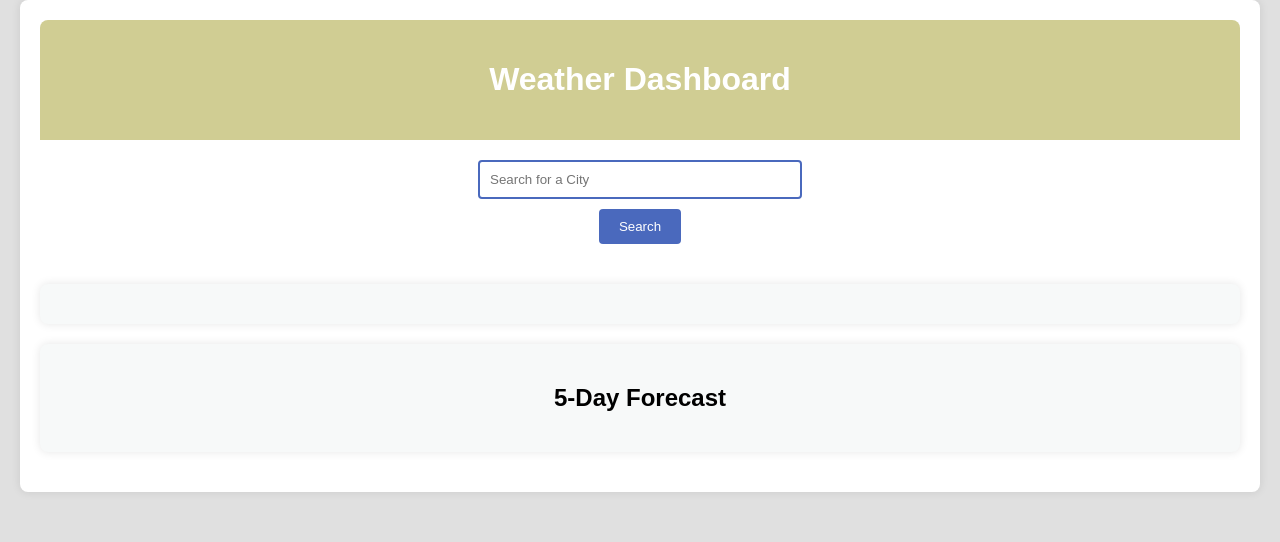
Repository: PaigeC001/WeatherOutlookTracker
Page: WeatherOutlookTracker/index.html
These files come from the project's save history. The page is drawn as it stood at one moment and after the next save; the edit follows.
The browser window is 1280 px wide. The pictures show the whole page.

Above is the page before, as saved 2024-07-16 06:34:19.

### WeatherOutlookTracker/index.html
<!DOCTYPE html>
<html lang="en">
<head>
    <meta charset="UTF-8">
    <meta name="viewport" content="width=device-width, initial-scale=1.0">
    <title>Weather Dashboard</title>
    <link rel="stylesheet" href="styles.css">
</head>
<body>
    <div class="container">
        <!-- Added header section -->
        <header>
            <h1>Weather Dashboard</h1>
        </header>
        <main>
            <section class="search-section">
                <input type="text" id="city-input" placeholder="Search for a City">
                <button id="search-button">Search</button>
                <div id="search-history" class="search-history"></div>
            </section>
            <!-- Used sections with IDs for current weather and forecast -->
            <section id="current-weather" class="current-weather"></section>
            <section id="forecast" class="forecast">
                <h2>5-Day Forecast</h2>
                <div id="forecast-items" class="forecast-items"></div>

                <script src="script.js"></script>
</body>
</html>

### WeatherOutlookTracker/styles.css
body {
    font-family: Arial, sans-serif;
    background: #e0e0e0;
    margin: 0;
    padding: 0;
    box-sizing: border-box;
}

.container {
    max-width: 1200px;
    margin: 0 auto;
    padding: 20px;
    background: white;
    border-radius: 8px; /* Added border-radius */
    box-shadow: 0 0 10px rgba(0, 0, 0, 0.1);
}

header { /* Updated color scheme */
    text-align: center;
    background: #d0cd93;
    color: white;
    padding: 20px;
    border-radius: 8px 8px 0 0;
}

.search-section {
    display: flex;
    flex-direction: column;
    align-items: center;
    margin: 20px 0;
}

#city-input {
    width: 300px;
    padding: 10px;
    margin-bottom: 10px;
    border: 2px solid #4a69bd;
    border-radius: 4px; /* Added border-radius */
}

#search-button {
    padding: 10px 20px;
    background: #4a69bd;
    color: white;
    border: none;
    border-radius: 4px; /* Added border-radius */
    cursor: pointer;
}

#search-button:hover {
    background: #3b55a0;
}

.search-history {
    display: flex;
    flex-direction: column;
    align-items: center;
    margin-top: 20px;
}

.search-history button {
    width: 300px;
    padding: 10px;
    margin: 5px 0;
    background: #82ccdd;
    color: white;
    border: none;
    border-radius: 4px; /* Added border-radius */
    cursor: pointer;
}

.search-history button:hover {
    background: #60a3bc;
}

.current-weather, .forecast {
    margin: 20px 0;
    padding: 20px;
    background: #f7f9f9;
    border-radius: 8px; /* Added border-radius */
    box-shadow: 0 0 10px rgba(0, 0, 0, 0.1);
}

.current-weather h2 {
    margin: 0;
    padding-bottom: 10px;
    border-bottom: 2px solid #4a69bd;
}

.current-weather img {
    vertical-align: middle;
}

.forecast h2 {
    text-align: center;
    margin-bottom: 20px;
}

.forecast-items {
    display: flex;
    justify-content: space-between; /* Centered text and aligned forecast items in a flex container */
}

.forecast-item {
    flex: 1;
    padding: 10px;
    margin: 0 10px;
    background: #ffffff;
    border-radius: 8px; /* Added border-radius */
    text-align: center;
    box-shadow: 0 0 5px rgba(0, 0, 0, 0.1);
}

.forecast-item img {
    vertical-align: middle;
}

### WeatherOutlookTracker/script.js
const apiKey = 'fe4d8bc132a06db690ae7d80bd8988ae';

const searchButton = document.getElementById('search-button');
const cityInput = document.getElementById('city-input');
const currentWeather = document.getElementById('current-weather');
const forecastItems = document.getElementById('forecast-items');
const searchHistory = document.getElementById('search-history');

let cities = [];

searchButton.addEventListener('click', () => {
    const city = cityInput.value.trim();
    if (city && !cities.includes(city)) {
        cities.push(city);
        updateSearchHistory();
        getWeather(city);
    }
});

searchHistory.addEventListener('click', (event) => {
    if (event.target.tagName === 'BUTTON') {
        const city = event.target.textContent;
        getWeather(city);
    }
});

function updateSearchHistory() {
    searchHistory.innerHTML = '';
    cities.forEach(city => {
        const button = document.createElement('button');
        button.textContent = city;
        searchHistory.appendChild(button);
    });
}

function getWeather(city) {
    fetch(`https://api.openweathermap.org/data/2.5/weather?q=${city}&appid=${apiKey}&units=imperial`)
        .then(response => {
            if (!response.ok) {
                throw new Error('Network response was not ok');
            }
            return response.json();
        })
        .then(data => {
            displayCurrentWeather(data);
            return fetch(`https://api.openweathermap.org/data/2.5/forecast?q=${city}&appid=${apiKey}&units=imperial`);
        })
        .then(response => {
            if (!response.ok) {
                throw new Error('Network response was not ok');
            }
            return response.json();
        })
        .then(data => {
            displayForecast(data);
        })
        .catch(error => {
            console.error('Error fetching weather data:', error);
        });
}

function displayCurrentWeather(data) {
    const { name, dt, weather, main, wind } = data;
    currentWeather.innerHTML = `
        <h2>${name} (${new Date(dt * 1000).toLocaleDateString()}) <img src="https://openweathermap.org/img/wn/${weather[0].icon}.png" alt="${weather[0].description}"></h2>
        <p>Temp: ${main.temp} °F</p>
        <p>Wind: ${wind.speed} MPH</p>
        <p>Humidity: ${main.humidity}%</p>
    `;
}

function displayForecast(data) {
    forecastItems.innerHTML = '';

    const dailyForecasts = [];
    const currentDate = new Date();
    currentDate.setHours(0, 0, 0, 0);

    for (let i = 0; i < data.list.length; i++) {
        const forecast = data.list[i];
        const forecastDate = new Date(forecast.dt * 1000);
        forecastDate.setHours(0, 0, 0, 0);

        if (forecastDate <= currentDate) {
            continue;
        }

        if (dailyForecasts.length === 0 || forecastDate.getDate() !== new Date(dailyForecasts[dailyForecasts.length - 1].dt * 1000).getDate()) {
            dailyForecasts.push(forecast);
        }

        if (dailyForecasts.length === 5) {
            break;
        }
    }

    dailyForecasts.forEach((item) => {
        const { dt, weather, main, wind } = item;
        const forecastItem = document.createElement('div');
        forecastItem.className = 'forecast-item';
        forecastItem.innerHTML = `
            <p>${new Date(dt * 1000).toLocaleDateString()}</p>
            <img src="https://openweathermap.org/img/wn/${weather[0].icon}.png" alt="${weather[0].description}">
            <p>Temp: ${main.temp} °F</p>
            <p>Wind: ${wind.speed} MPH</p>
            <p>Humidity: ${main.humidity}%</p>
        `;
        forecastItems.appendChild(forecastItem);
    });
}

After the next save:
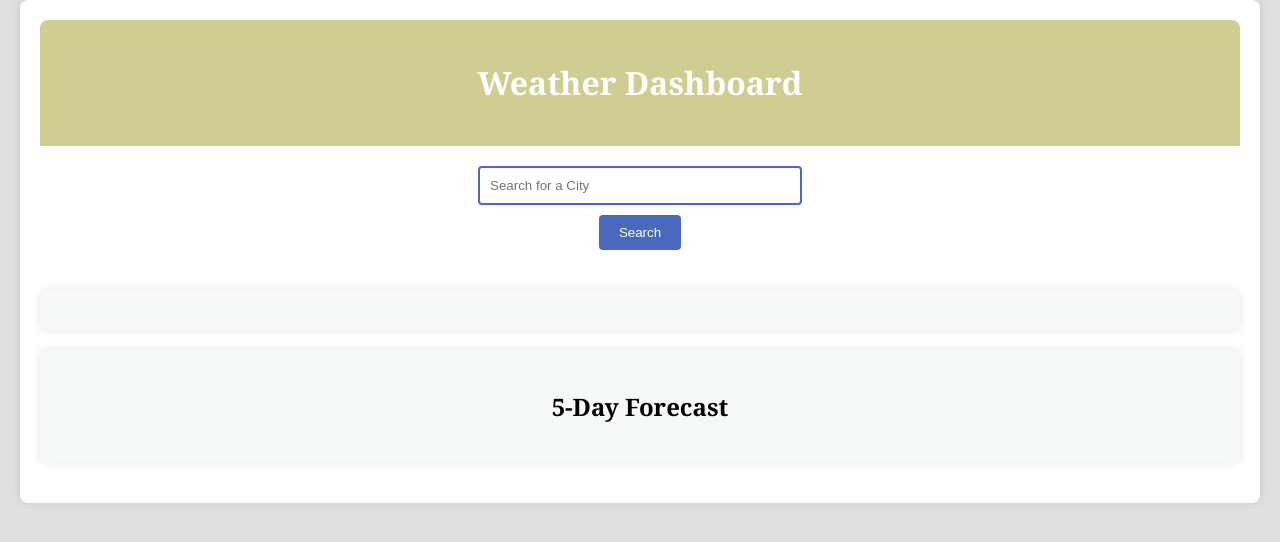
Saved 55 s later.
--- a/WeatherOutlookTracker/styles.css
+++ b/WeatherOutlookTracker/styles.css
@@ -1,5 +1,5 @@
 body {
-    font-family: Arial, sans-serif;
+    font-family: Georgia, 'Times New Roman', Times, serif, sans-serif;
     background: #e0e0e0;
     margin: 0;
     padding: 0;
